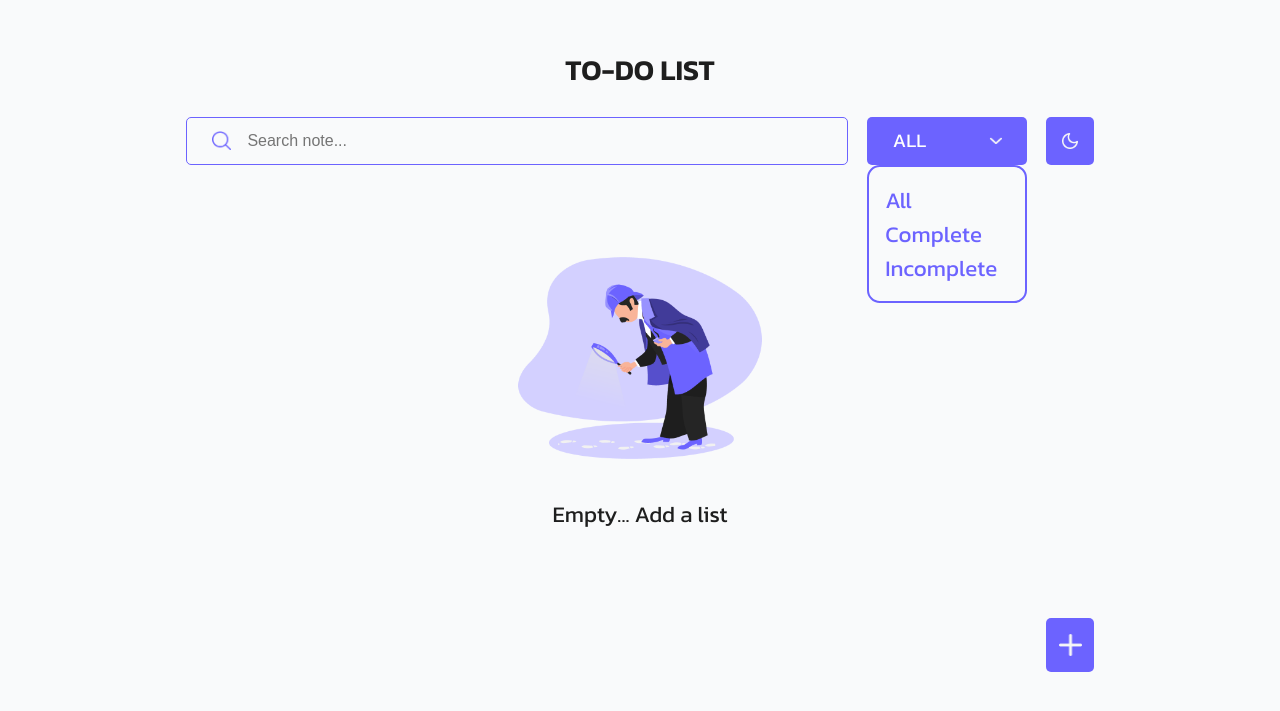
Repository: Marykeje/To-do-list
Page: index.html
These files come from the project's save history. The page is drawn as it stood at one moment and after the next save; the edit follows.
The browser window is 1280 px wide. The pictures show the whole page.
The style sheet was rebuilt from its Sass, Less or Tailwind sources for each picture, by a compiler version that may differ from the author's.

Above is the page before, as saved 2025-12-03 11:33:12.

### index.html
<!DOCTYPE html>
<html lang="en">
  <head>
    <meta charset="UTF-8" />
    <meta name="viewport" content="width=device-width, initial-scale=1.0" />
    <title>To-do-list</title>

    <link rel="stylesheet" href="./css/style.css" />
  </head>
  <body>
    <div class="to-do container">
      <div class="header">
        <h1 class="header__title">To-do List</h1>
        <div class="header__heading-info">
          <div class="header__search">
            <img src="./img/search-icon.png" alt="search-icon" />
            <input type="text" placeholder="Search note..." />
          </div>
          <div class="header__btns">
            <div class="header__all-select">
              <div class="header__select-part">
                <p>ALL</p>
                <img src="./img/chevron-top.png" alt="" />
              </div>
              <div class="header__all-dropdown">
                <p>All</p>
                <p>Complete</p>
                <p>Incomplete</p>
              </div>
            </div>
            <div class="header__mode-btn">
              <img src="./img/mode-icon.png" alt="" />
            </div>
          </div>
        </div>
      </div>
      <div class="empty">
        <img src="./img/empty-icon.png" alt="" />
        <p>Empty... Add a list</p>
      </div>
      <div class="add-list">
        <div class="add-list__list-item">
          <div class="add-list__lists">
            <div class="add-list__list-check">
              <div>
                <input type="checkbox" />
              </div>
              <p>NOTE 1</p>
            </div>
            <div class="add-list__edit-icons">
              <img src="./img/edit-icon.svg" alt="" />
              <img src="./img/delete-icon.svg" alt="" />
            </div>
          </div>
          <div class="add-list__lists">
            <div class="add-list__list-check">
              <div>
                <input type="checkbox" />
              </div>
              <p>NOTE 2</p>
            </div>
            <div class="add-list__edit-icons">
              <img src="./img/edit-icon.svg" alt="" />
              <img src="./img/delete-icon.svg" alt="" />
            </div>
          </div>
          <div class="add-list__lists">
            <div class="add-list__list-check">
              <label class="check">
                <input type="checkbox" id="my-check" />
                <span class="check__checkmark"></span>
              </label>
              <p>NOTE 3</p>
            </div>
            <div class="add-list__edit-icons">
              <img src="./img/edit-icon.svg" alt="" />
              <img src="./img/delete-icon.svg" alt="" />
            </div>
          </div>
        </div>
      </div>
      <div class="add-icon" id="add-btn" onclick="openModal()">
        <img src="./img/plus-icon.png" alt="" />
      </div>
    </div>

    <!-- for add list pop up -->
    <div class="modal" id="modal">
      <div class="modal__heading">
        <h4>New note</h4>
        <div class="header__search">
          <input type="text" placeholder="Input your note" />
        </div>
      </div>
      <div class="btns">
        <button class="btns__cancel" id="cancel-modal" onclick="closeModal()">
          Cancel
        </button>
        <button class="btns__apply" id="apply">Apply</button>
      </div>
    </div>
    <div class="overlay hidden" id="closeOverlay"></div>

    <script src="./js/script.js"></script>
  </body>
</html>

### js/script.js
function cancel() {}

// getting the elements
// let cancel = (document.getElementById("cancel").style.display = "none");

// let open = document.getElementById("add");
// let modal = document.getElementByIdby("openModal");
// let cancelModal = document.getElementById("cancelModal");

// when button is opened
// modal.addEventListener("click", () => {
// open.style.display = ""
// modal.style.display = "block"; // show modal
// });

// const openModal = function () {
// console.log("Button clicked");
// modal.classList.add("open"); //gives the list of css class in the element
// };

function openModal() {
  const clickOpen = document.getElementById("add-btn");
  const modal = document.getElementById("modal");
  const overlay = document.getElementById("closeOverlay");

  // const closeModal = document.getElementById("cancelModal");

  clickOpen.style.display = "block";
  modal.style.display = "block";
  overlay.style.display = "block";
  // closeModal.style.display.hidden = "";

  // console.log(modal.style.display)
}

// openModal()
// for the close modal
function closeModal() {
  const closeModal = document.getElementById("cancel-modal");
  const modal = document.getElementById("modal");
  const overlay = document.getElementById("closeOverlay");

  closeModal.style.display = "block";
  modal.style.display = "none";
  overlay.style.display = "none";
}

### sass/main.scss
@import "./pages/style.scss";

### sass/pages/style.scss
/* Inter Font Import */
@import url("https://fonts.googleapis.com/css2?family=Inter:ital,opsz,wght@0,14..32,100..900;1,14..32,100..900&display=swap");

//  for roboto font
@import url("https://fonts.googleapis.com/css2?family=Montserrat:ital,wght@0,100..900;1,100..900&family=Roboto:ital,wght@0,100..900;1,100..900&display=swap");
// Kanit
@import url("https://fonts.googleapis.com/css2?family=Kanit:ital,wght@0,300;0,400;0,500;0,600;0,700;1,300;1,400;1,500;1,600;1,700&display=swap");

* {
  margin: 0;
  padding: 0;
  box-sizing: border-box;
}

.html {
  font-size: 50%;
}

body {
  font-size: 1.6rem;
  // font-weight: 500;
  font-family: "Kanit", sans-serif;
  background-color: #f9fafb;
  color: #1e1e1e;
}

.container {
  max-width: 60rem;
  margin: auto;
  padding: 3rem 1.6rem;
  height: 100vh;
}

.to-do {
  display: flex;
  flex-direction: column;
  gap: 2.4rem;
}

.header {
  display: flex;
  flex-direction: column;
  gap: 1.6rem;

  @media (max-width: 650px) {
    gap: 1.2rem;
  }

  &__title {
    font-size: 1.8rem;
    font-weight: 600;
    text-align: center;
    text-transform: uppercase;

    @media (max-width: 550px) {
      font-size: 1.4rem;
    }
  }

  &__heading-info {
    display: flex;
    align-items: center;
    gap: 1.2rem;

    @media (max-width: 550px) {
      // gap: 1rem;
      flex-wrap: wrap;
    }
  }

  &__search {
    padding: 0.8rem 1.6rem;
    border: 1px solid #6c63ff;
    border-radius: 5px;

    display: flex;
    align-items: center;
    gap: 1rem;

    width: 100%;
    height: 3rem;

    @media (max-width: 450px) {
      padding: 5px 0.8rem;
      height: 3rem;
    }

    @media (max-width: 350px) {
      height: 2rem;
    }

    & img {
      display: block;
      width: 1.2rem;
    }

    &::placeholder {
      font-family: "Inter", sans-serif ;
    }
  }

  &__btns {
    display: flex;
    align-items: center;
    gap: 1.2rem;

    @media (max-width: 550px) {
      gap: 0.8rem;
    }
  }

  &__all-select {
    position: relative;
  }

  &__select-part {
    display: flex;
    align-items: center;
    justify-content: space-between;
    gap: 1.4rem;

    padding: 1rem 1.6rem;
    height: 3rem;
    width: 10rem;

    font-size: 1.2rem;
    background-color: #6c63ff;
    color: #ffffff;
    border-radius: 5px;

    @media (max-width: 550px) {
      height: 2.5rem;
    }

    & img {
      display: block;
      width: 0.8rem;
    }
  }

  &__all-dropdown {
    position: absolute;
    padding: 1rem;
    width: 10rem;

    color: #6c63ff;
    font-size: 1.4rem;
    border: 2px solid #6c63ff;
    border-radius: .8rem;
  }

  &__mode-btn {
    background-color: #6c63ff;
    color: #ffffff;
    border-radius: 5px;
    cursor: pointer;

    padding: 1rem;
    height: 3rem;
    width: 3rem;

    display: flex;
    justify-content: center;

    @media (max-width: 550px) {
      height: 2.5rem;
      padding: 0.8rem;
    }

    & img {
      display: block;
      width: 1.4rem;

      @media (max-width: 550px) {
        width: 1.2rem;
      }
    }
  }
}

.empty {
  display: flex;
  flex-direction: column;
  align-items: center;
  justify-content: center;
  gap: 2rem;

  height: 60vh;

  @media (max-width: 550px) {
    height: 55vh;
  }

  & img {
    display: block;
    width: 17rem;

    @media (max-width: 550px) {
      width: 12rem;
    }
  }

  & p {
    font-size: 1.4rem;

    @media (max-width: 550px) {
      font-size: 1rem;
    }
  }
}

.add-list {
  display: flex;
  flex-direction: column;
  gap: 2.4rem;

  font-family: "inter", sans-serif;

  padding: 0rem 7rem;
  height: 60vh;

  display: none;

  &__lists {
    padding: 1rem;
    border-bottom: 1px solid #6c63ff;

    display: flex;
    justify-content: space-between;
  }

  &__list-check {
    display: flex;
    align-items: center;
    gap: 1.2rem;

    & p {
      font-weight: 600;
    }
  }

  &__edit-icon {
    display: flex;
    align-items: center;
    gap: 1.2rem;

    & img {
      display: block;
      width: 1.8rem;
      color: #cdcdcd;
    }
  }
}

.add-icon {
  background-color: #6c63ff;
  color: #ffffff;
  border-radius: 5px;
  cursor: pointer;

  padding: 1rem;
  margin-left: auto;
  width: 3rem;

  display: flex;
  justify-content: center;

  @media (max-width: 550px) {
    height: 2.5rem;
    padding: 0.8rem;
  }

  & img {
    display: block;
    width: 1.4rem;

    @media (max-width: 550px) {
      width: 1.2rem;
    }
  }
}

input {
  width: 100%;
  border: none;
  font-size: 1rem;

  background: transparent;

  &:focus {
    outline: none;
  }

  &::placeholder {
    @media (max-width: 350px) {
      font-size: 0.8rem;
    }
  }
}

.check {
  display: block;
  position: relative;
  padding-left: 2rem;
  cursor: pointer;
  font-size: 1.6rem;
  user-select: none; /* prevent text selection*/

  // input[type="checkbox"] {
  // position: absolute;
  // opacity: 0; /* hides the actual result*/
  // height: 0;
  // width: 0;
  // -webkit-appearance: none;
  // }

  &__checkmark {
    position: absolute;
    top: 0;
    left: 0;
    height: 2rem;
    width: 2rem;
    // background-color: #fff;
    border: 1px solid #6c63ff;
    border-radius: 5px;

    & ::after {
      content: "";
      position: absolute;
      display: none;
      left: 0.9prem;
      top: 5px;
      height: 1rem;
      border: #ffffff;
      // border-width: 0 3px 3px 0;
      // transform: rotate(45deg);
    }

    input[type="checkbox"]:checked {
      background-color: #6c63ff;
      border: none;

      display: none;
    }
  }
}

// modal style
.overlay {
  position: fixed;
  top: 0;
  left: 0;
  width: 100vw;
  height: 100vh;
  background-color: rgba($color: #1a1a1a, $alpha: 0.8);
  cursor: pointer;
  z-index: 9999;

  &.hidden {
    display: none;
  }
}

.modal {
  position: fixed;
  left: 50%;
  top: 35%;
  z-index: 99999;

  width: 40rem;
  max-width: 90dvw;
  // height: 100dvh;
  // transform: translateX(100%);
  transform: translate(-50%, -50%);

  background-color: #ffffff;
  border-radius: 1.6rem;

  // transition: all 0.3s ease-out;

  padding: 2.4rem;

  display: flex;
  flex-direction: column;
  gap: 2rem;

  display: none;

  @media (max-width: 540px) {
    width: 30rem;
    padding: 1.8rem;
  }

  @media (max-width: 450px) {
    padding: 1rem 1.4rem;
  }

  @media (max-width: 350px) {
    top: initial;
    bottom: 0;
    right: 0;

    width: 100%;
    transform: translate(-50%, 0);
    border-bottom-left-radius: 0;
    border-bottom-right-radius: 0;

    padding: 1rem;
    // max-width: 100dvw;
  }

  .open {
    transform: translate(-50%, -50%) scale(1);
    pointer-events: all;
    overflow-y: auto;

    @media (max-width: 450px) {
      // transform: translate(0, 0);
    }
  }

  &__heading {
    height: 12rem;

    display: flex;
    flex-direction: column;
    align-items: center;
    gap: 1.4rem;

    @media (max-width: 540px) {
      gap: 1rem;
    }

    @media (max-width: 350px) {
      gap: 0.8rem;
    }

    & h4 {
      text-transform: uppercase;
      font-size: 1.4rem;

      @media (max-width: 350px) {
        font-size: 1.2rem;
      }
    }
  }
}

.btns {
  display: flex;
  justify-content: space-between;

  &__cancel {
    text-transform: uppercase;
    color: #6c63ff;
    font-weight: 700;
    background: none;
    border: 1.5px solid #6c63ff;
    border-radius: 5px;

    padding: 0.8rem 1.2rem;

    cursor: pointer;

    @media (max-width: 450px) {
      padding: 0.8rem 1rem;
      font-weight: 600;
    }

    @media (max-width: 350px) {
      padding: 5px 7px;
      font-weight: 500;
    }
  }

  &__apply {
    text-transform: uppercase;
    color: #ffffff;
    font-weight: 700;
    background: #6c63ff;
    border: none;
    border-radius: 5px;

    padding: 0.8rem 1.2rem;

    cursor: pointer;

    @media (max-width: 450px) {
      padding: 0.8rem 1rem;
      font-weight: 600;
    }

    @media (max-width: 350px) {
      padding: 5px 7px;
      font-weight: 500;
    }
  }
}

After the next save:
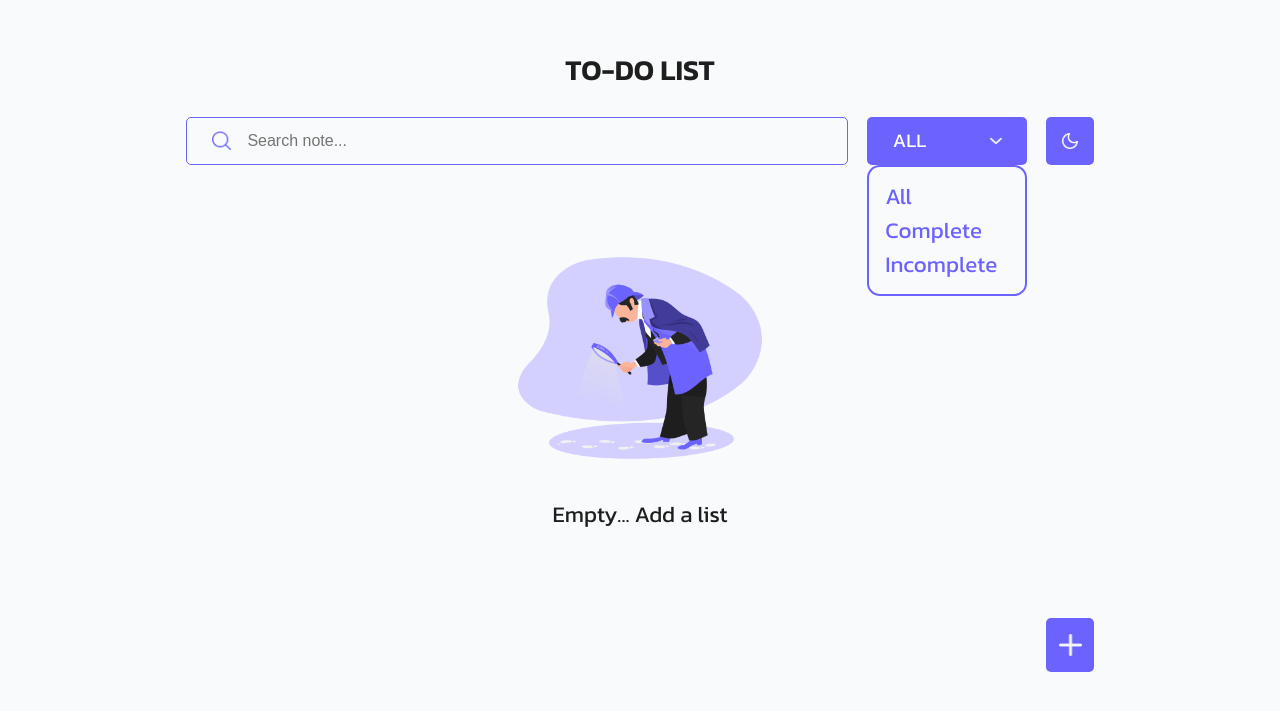
Saved 23 s later.
--- a/sass/pages/style.scss
+++ b/sass/pages/style.scss
@@ -140,7 +140,7 @@ body {
 
   &__all-dropdown {
     position: absolute;
-    padding: 1rem;
+    padding: .8rem 1rem;
     width: 10rem;
 
     color: #6c63ff;
